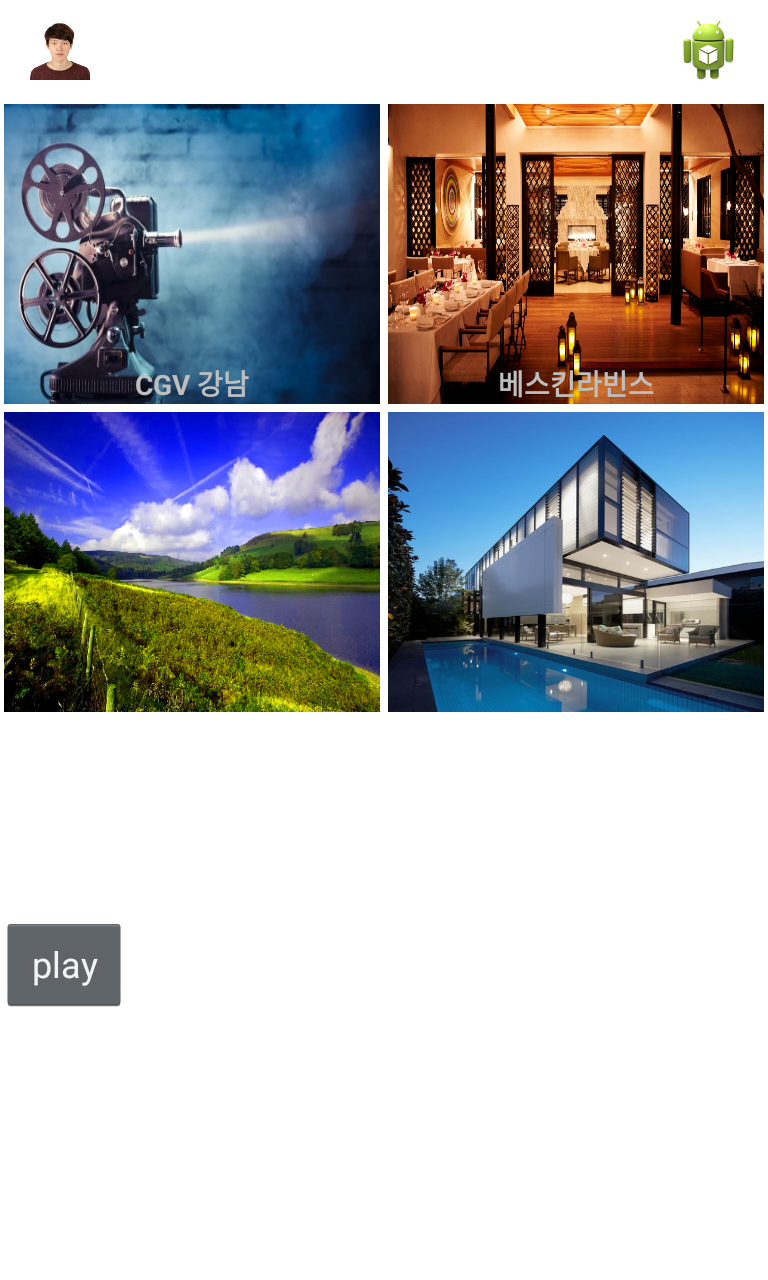
Repository: Minsu-Daniel-Kim/tipinboard1.0
Layout: TipinBoard1.0/res/layout/activity_main.xml
These files come from the project's save history. The layout is drawn as it stood at one moment and after the next save; the edit follows.
It is drawn on a 768 x 1280 px phone screen (xhdpi) without system bars, with theme android:Theme.Holo; the app's code is not run.

Above is the layout before, as saved 2013-04-15 14:22:51.

### TipinBoard1.0/res/layout/activity_main.xml
<?xml version="1.0" encoding="utf-8"?>
<LinearLayout xmlns:android="http://schemas.android.com/apk/res/android"
    android:layout_width="fill_parent"
    android:layout_height="fill_parent"
    android:background="#ffffff"
    android:orientation="vertical" >

    <RelativeLayout
        android:id="@+id/imageView1"
        android:layout_width="fill_parent"
        android:layout_height="50dp"
        android:orientation="horizontal" >

        <RelativeLayout
            android:id="@+id/imageView1"
            android:layout_width="fill_parent"
            android:layout_height="50dp"
            android:onClick="myPage"
            android:orientation="horizontal" >

            <ImageView
                android:id="@+id/iv_profile"
                android:layout_width="40dp"
                android:layout_height="40dp"
                android:layout_alignParentBottom="true"
                android:layout_alignParentLeft="true"
                android:layout_margin="10dp"
                android:onClick="myPage"
                android:src="@drawable/daniel" />

            <TextView
                android:id="@+id/tv_username"
                android:layout_width="wrap_content"
                android:layout_height="fill_parent"
                android:layout_toRightOf="@+id/iv_profile"
                android:gravity="center_vertical"
                android:onClick="myPage"
                android:textStyle="bold" />
        </RelativeLayout>

        <ImageView
            android:layout_width="40dp"
            android:layout_height="40dp"
            android:layout_alignParentBottom="true"
            android:layout_alignParentRight="true"
            android:layout_margin="10dp"
            android:src="@drawable/ic_launcher" />
    </RelativeLayout>

    <LinearLayout
        xmlns:android="http://schemas.android.com/apk/res/android"
        android:layout_width="fill_parent"
        android:layout_height="wrap_content"
        android:orientation="horizontal" >

        <RelativeLayout
            android:id="@+id/button1"
            android:layout_width="0dp"
            android:layout_height="150dp"
            android:layout_margin="2dp"
            android:layout_weight="1"
            android:background="@drawable/movie"
            android:onClick="detail" >

            <TextView
                android:id="@+id/textView1"
                android:layout_width="fill_parent"
                android:layout_height="wrap_content"
                android:layout_alignParentBottom="true"
                android:gravity="center_horizontal"
                android:text="CGV 강남"
                android:textStyle="bold" />
        </RelativeLayout>

        <RelativeLayout
            android:id="@+id/button1"
            android:layout_width="0dp"
            android:layout_height="150dp"
            android:layout_margin="2dp"
            android:layout_weight="1"
            android:background="@drawable/restaurant"
            android:onClick="detail" >

            <TextView
                android:id="@+id/textView1"
                android:layout_width="fill_parent"
                android:layout_height="wrap_content"
                android:layout_alignParentBottom="true"
                android:gravity="center_horizontal"
                android:text="베스킨라빈스"
                android:textStyle="bold" />
        </RelativeLayout>
    </LinearLayout>

    <LinearLayout
        xmlns:android="http://schemas.android.com/apk/res/android"
        android:layout_width="fill_parent"
        android:layout_height="wrap_content"
        android:orientation="horizontal" >

        <RelativeLayout
            android:id="@+id/button1"
            android:layout_width="0dp"
            android:layout_height="150dp"
            android:layout_margin="2dp"
            android:layout_weight="1"
            android:background="@drawable/trip"
            android:onClick="detail" >

            <TextView
                android:id="@+id/textView1"
                android:layout_width="fill_parent"
                android:layout_height="wrap_content"
                android:layout_alignParentBottom="true"
                android:gravity="center_horizontal"
                android:textStyle="bold" />
        </RelativeLayout>

        <RelativeLayout
            android:id="@+id/button1"
            android:layout_width="0dp"
            android:layout_height="150dp"
            android:layout_margin="2dp"
            android:layout_weight="1"
            android:background="@drawable/house"
            android:onClick="detail" >

            <TextView
                android:id="@+id/textView1"
                android:layout_width="fill_parent"
                android:layout_height="wrap_content"
                android:layout_alignParentBottom="true"
                android:gravity="center_horizontal"
                android:textStyle="bold" />
        </RelativeLayout>
    </LinearLayout>

    <FrameLayout
        android:id="@+id/videoLayout"
        android:layout_width="120dp"
        android:layout_height="100dp" />

    <Button
        android:id="@+id/button2"
        android:layout_width="wrap_content"
        android:layout_height="wrap_content"
        android:onClick="play"
        android:text="play" />

</LinearLayout>

After the next save:
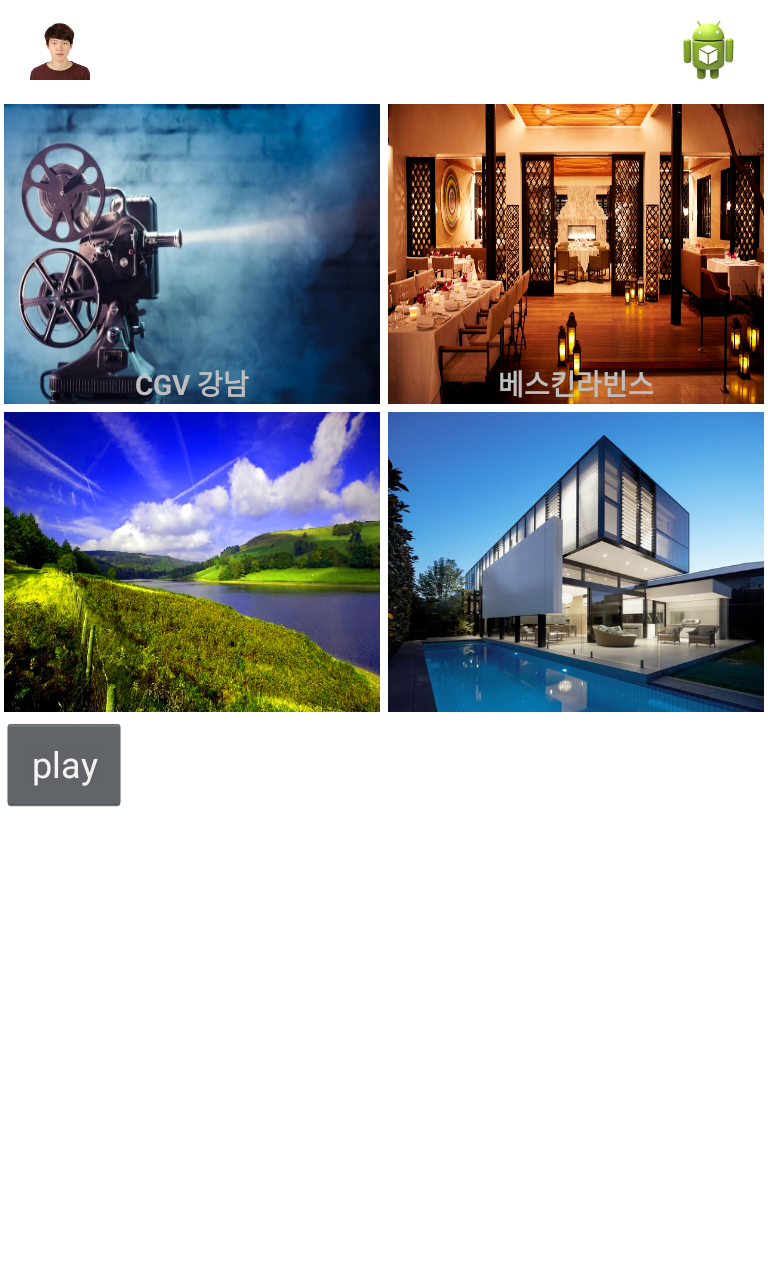
Saved 2 min 34 s later.
--- a/TipinBoard1.0/res/layout/activity_main.xml
+++ b/TipinBoard1.0/res/layout/activity_main.xml
@@ -135,10 +135,10 @@
         </RelativeLayout>
     </LinearLayout>
 
-    <FrameLayout
-        android:id="@+id/videoLayout"
-        android:layout_width="120dp"
-        android:layout_height="100dp" />
+<!--     <FrameLayout -->
+<!--         android:id="@+id/videoLayout" -->
+<!--         android:layout_width="120dp" -->
+<!--         android:layout_height="100dp" /> -->
 
     <Button
         android:id="@+id/button2"
